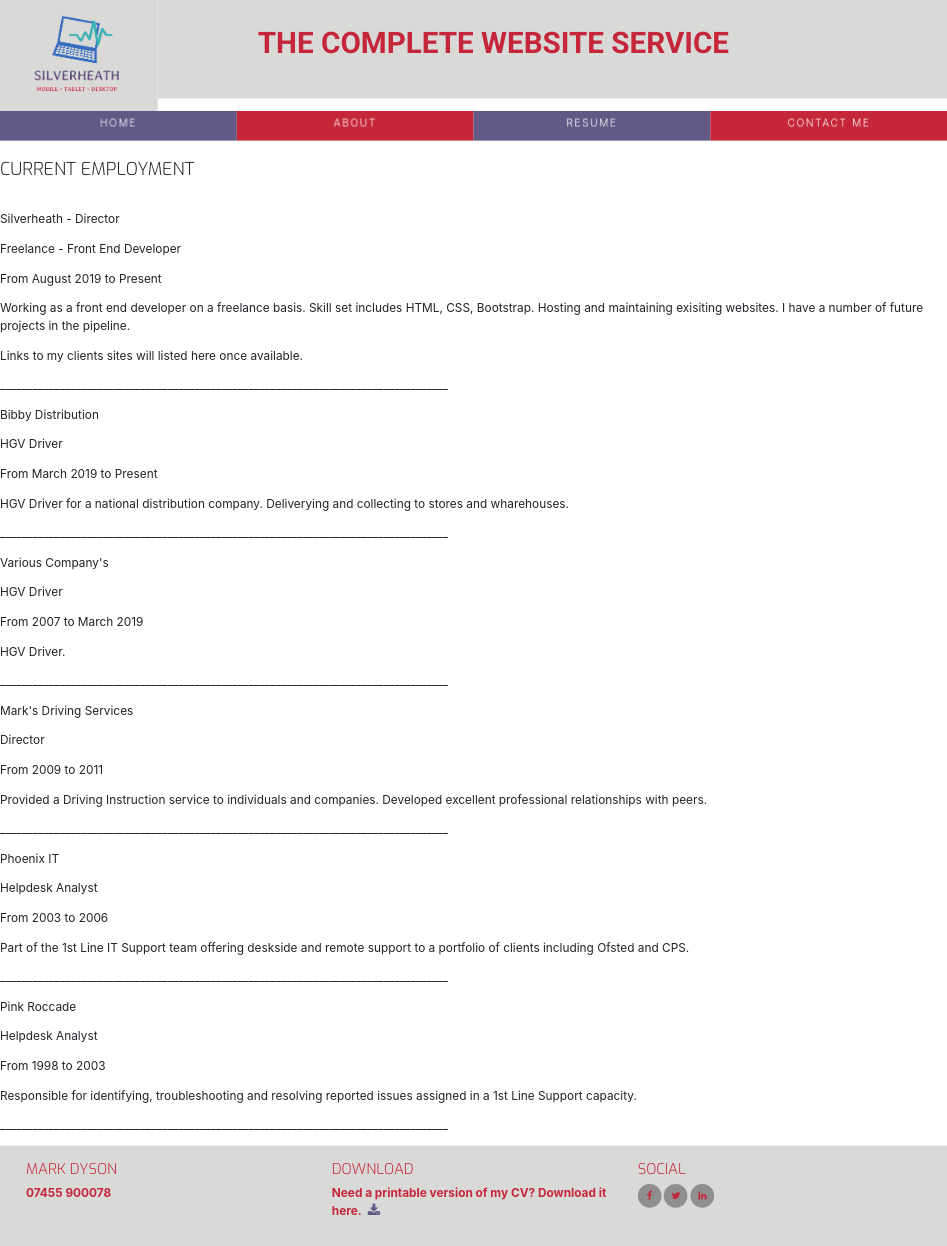
Repository: Code-Institute-Submissions/silverheath
Page: resume.html
The author's editor kept a record of every edit. The page is drawn from the files as they stood at one moment, then again after the next edit.
The browser window is 1280 px wide. The pictures show the whole page, at 74% of full size.
Some web libraries are served in a nearby version.

Above is the page before.

After the next edit:
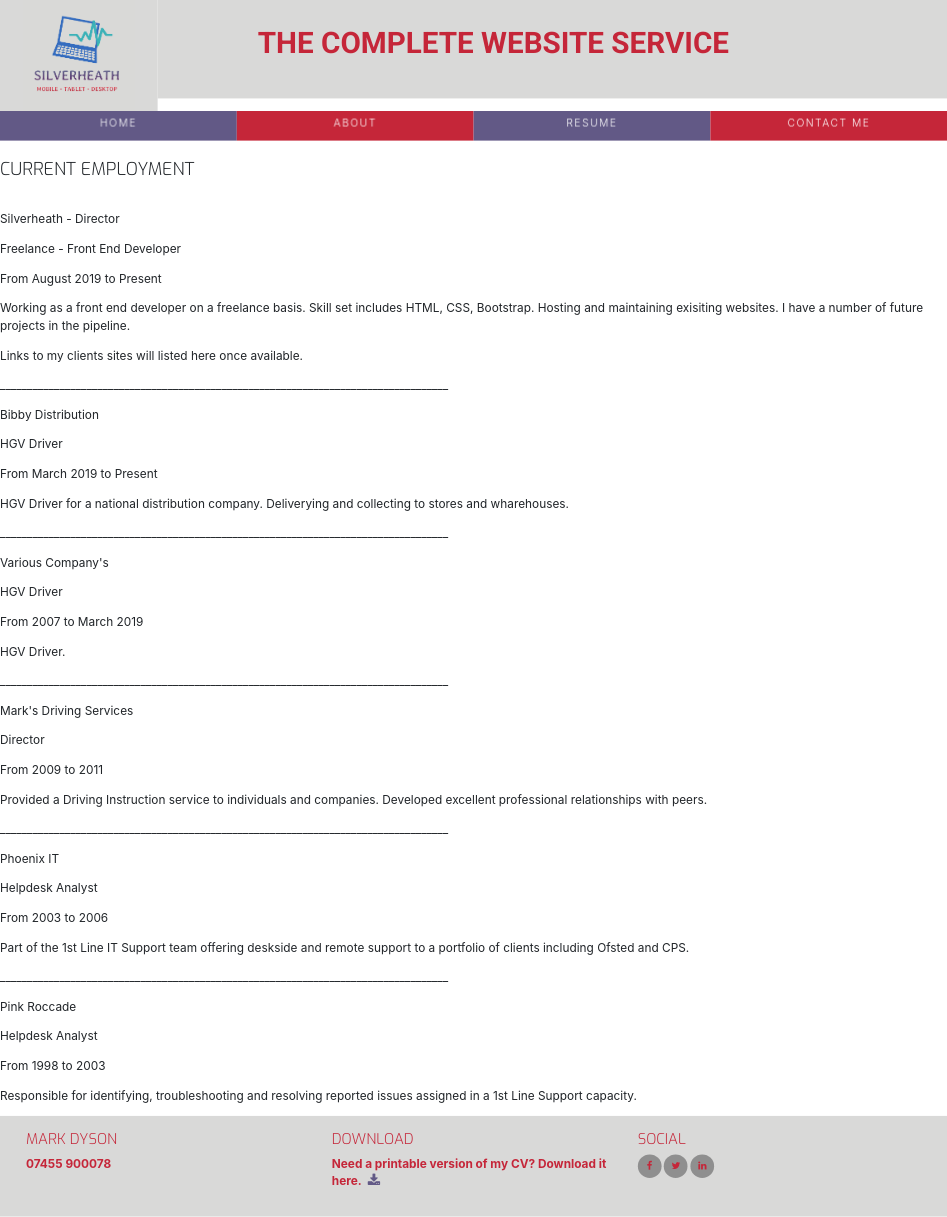
The edit:
--- a/resume.html
+++ b/resume.html
@@ -79,7 +79,7 @@
         <p>Helpdesk Analyst</p>
         <p>From 1998 to 2003</p>
         <p>Responsible for identifying, troubleshooting and resolving reported issues assigned in a 1st Line Support capacity.</p>
-        <p>___________________________________________________________________________________</p>
+
 
 
     </diV>
